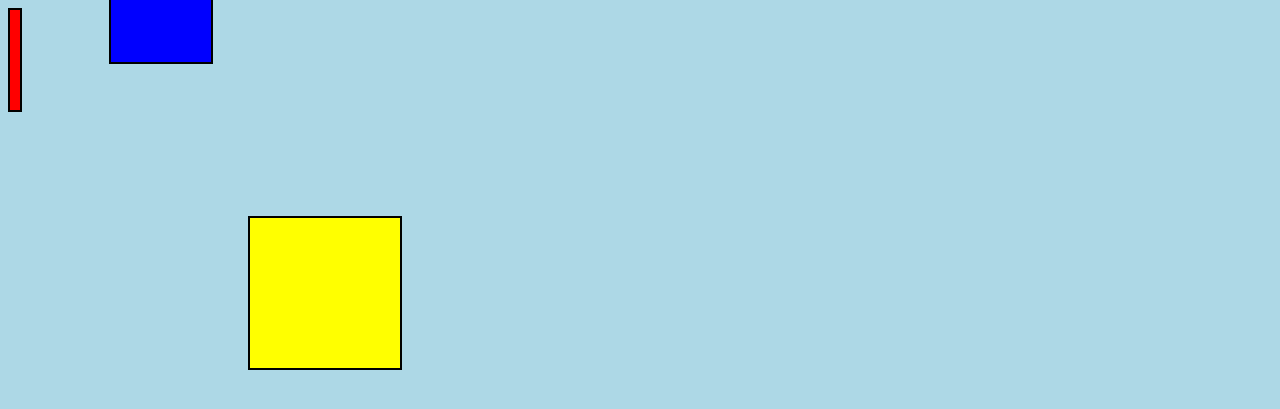
Repository: Sushant203/myPersonalSite
Page: index.html
These files come from the project's save history. The page is drawn as it stood at one moment and after a run of saves; the edit follows.
The browser window is 1280 px wide. The pictures show the whole page.

Above is the page before, as saved 2022-12-05 18:38:01.

### index.html
<!DOCTYPE html>
<html lang="en">

<head>
    <meta charset="UTF-8">
    <meta http-equiv="X-UA-Compatible" content="IE=edge">
    <meta name="viewport" content="width=device-width, initial-scale=1.0">
    <title>Document</title>
    <link rel="stylesheet" href="\css\style.css">
    <link rel="favicon" href="favicon.ico">
</head>

<body>

<div class="box-1"></div>
<div class="box-2"></div>
<div class="box-3"></div>
</body>

</html>

### css/style.css
body{
    background-color: lightblue;
    /* margin: 0; */
}

.box-1{
    border: 2px solid black ;
    background-color: red;
    height: 100px;
    width: 10px;
    position: ;
    left: 30%;
}

.box-2{
    border: 2px solid black;
    background-color: blue;
    height: 100px;
    width: 100px;
    position: relative;
    bottom: 152px;
    left: 8%;

    /* margin-left: 210px; */
}


.box-3{
    border: 2px solid;
    background-color: yellow;
    height: 150px;
    width: 150px;
    position: relative;
    bottom: 306  px;
    left: 19%;
}

After the next 2 saves:
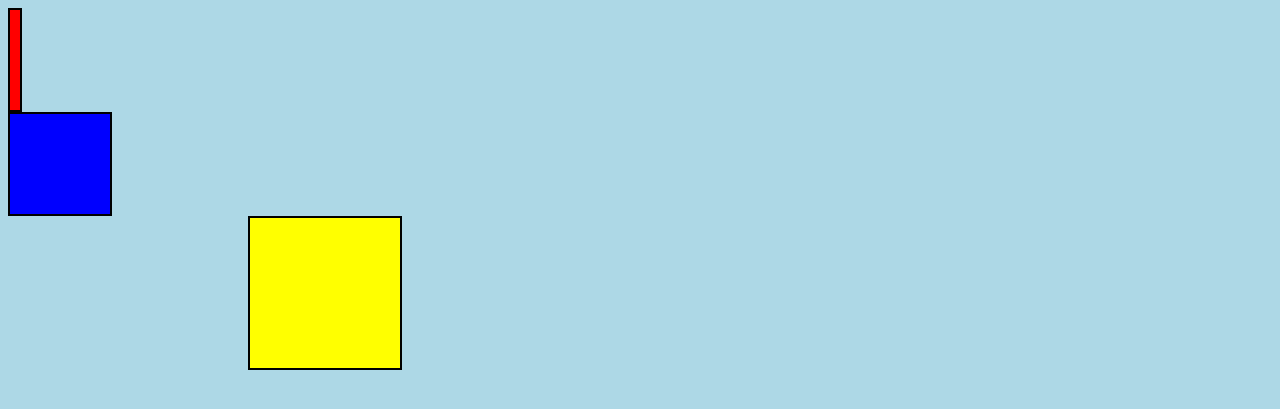
The 2 saves are shown as one change because they came seconds apart.
The last was saved 12 s later.
--- a/css/style.css
+++ b/css/style.css
@@ -17,9 +17,6 @@ body{
     background-color: blue;
     height: 100px;
     width: 100px;
-    position: relative;
-    bottom: 152px;
-    left: 8%;
 
     /* margin-left: 210px; */
 }
